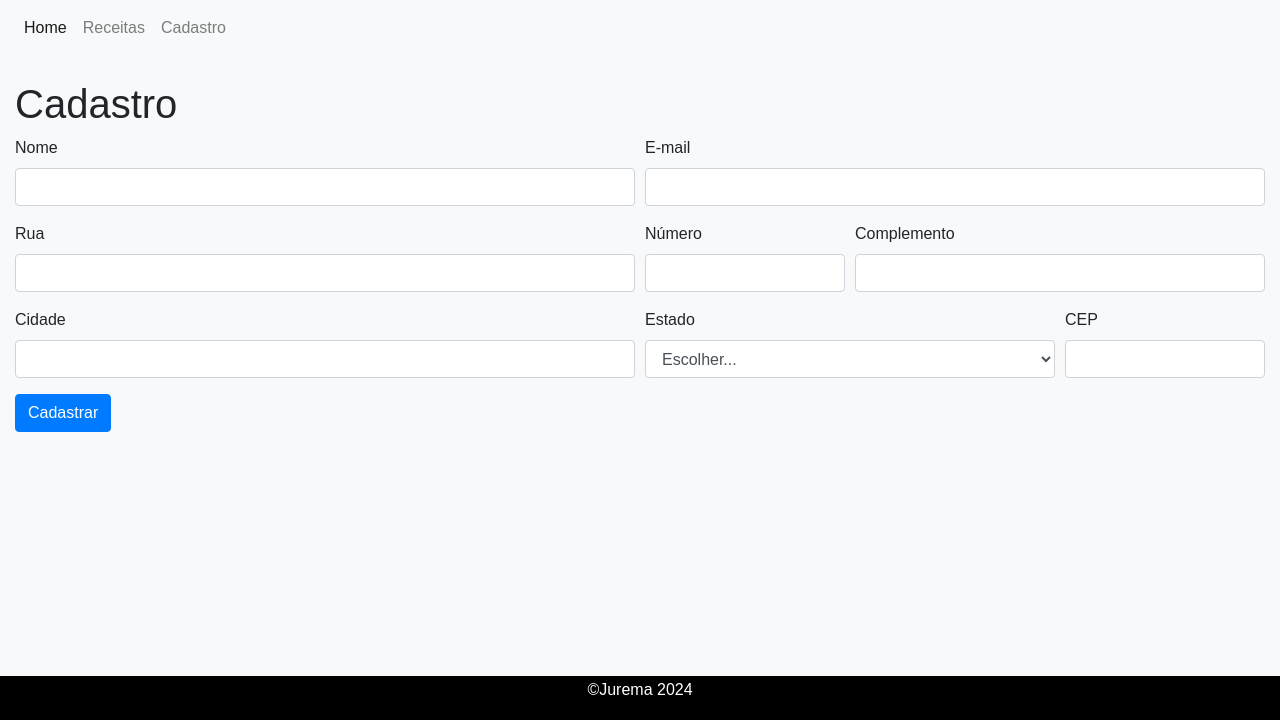
Repository: devropaes/RECEITAS
Page: OneDrive/Área de Trabalho/Estudos/Estácio/receitas/cadastro.html
The author's editor kept a copy of each file at every save. The page is drawn from the files as they stood at one save, then again after the next save.
The browser window is 1280 px wide. The pictures show the whole page.

Above is the page before, as saved 2024-03-12 18:25:44.

After the next save:
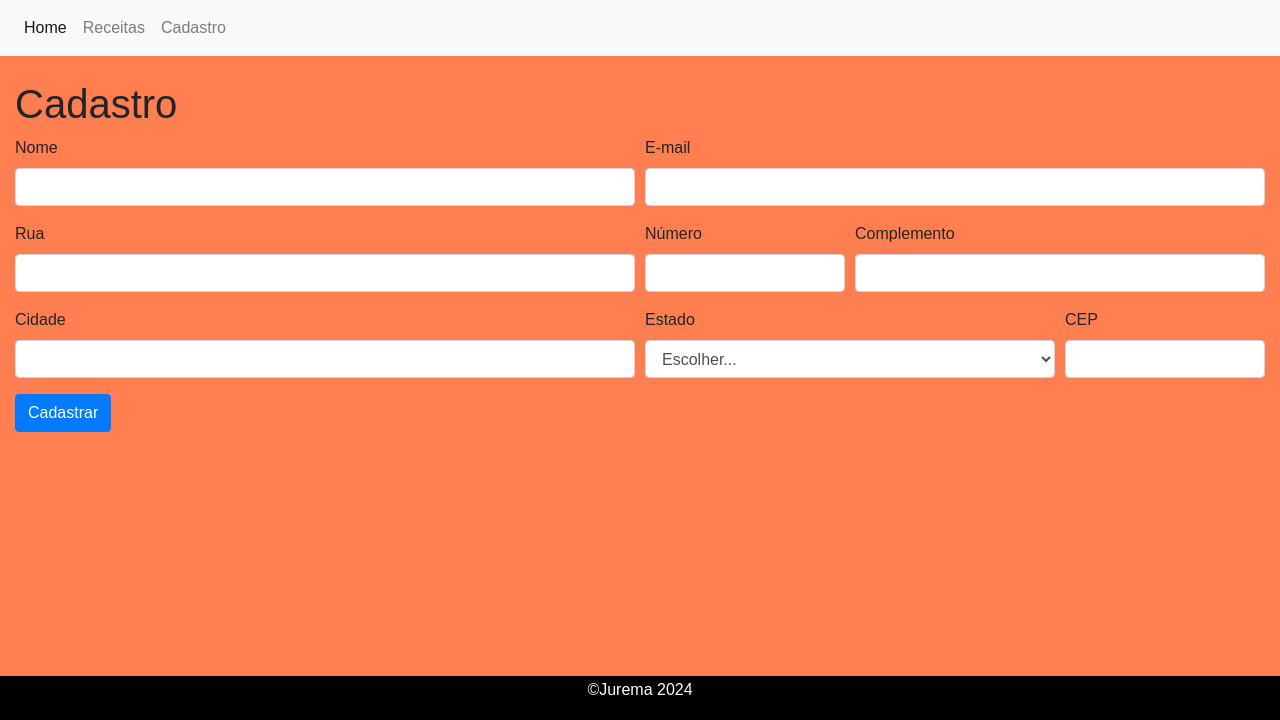
Saved 96 s later.
--- a/OneDrive/Área de Trabalho/Estudos/Estácio/receitas/cadastro.html
+++ b/OneDrive/Área de Trabalho/Estudos/Estácio/receitas/cadastro.html
@@ -14,7 +14,7 @@
     <title>Efetue seu Cadastro</title>
     <style>
         body {
-            background-color: #f8f9fa; /* Cor de fundo do corpo */
+            background-color: #ff7f50; /* Cor de fundo do corpo */
         }
     </style>
 </head>
